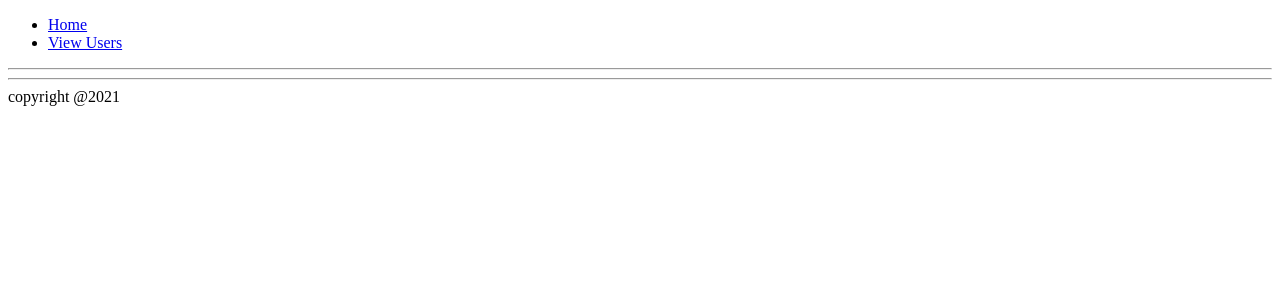
Repository: adit22747/java
Page: http://localhost/casestudy/user/add-user.jsp
The author's editor kept a copy of each file at every save. The page is drawn from the files as they stood at one save, then again after the next save.
The browser window is 1280 px wide. The pictures show the whole page.
The page is served by Tomcat 9.

Above is the page before, as saved 2021-02-03 07:18:20.

After the next save:
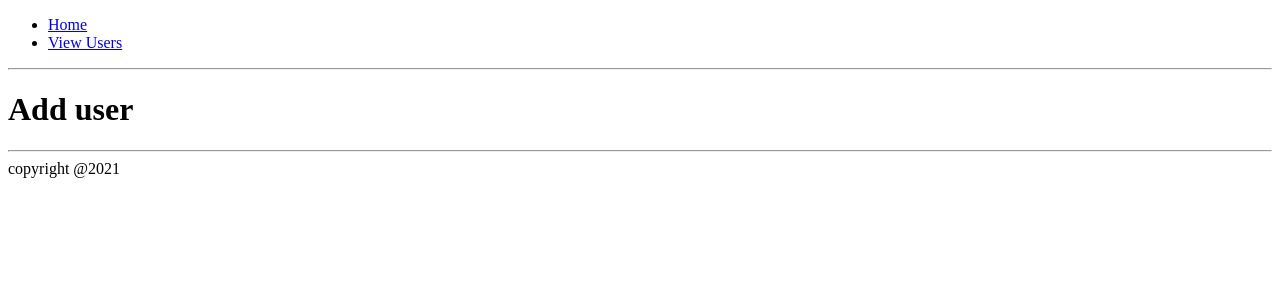
Saved 66 s later.
--- a/advance_java/programs/casestudy/src/main/webapp/user/add-user.jsp
+++ b/advance_java/programs/casestudy/src/main/webapp/user/add-user.jsp
@@ -1,5 +1,9 @@
 <%@include file="header.jsp"%>
 
+<h1>Add user</h1>
+<form action="<%=request.getContextPath() %>/UserController/add" >
+
+</form>
 
 
 <%@include file="footer.jsp"%>
